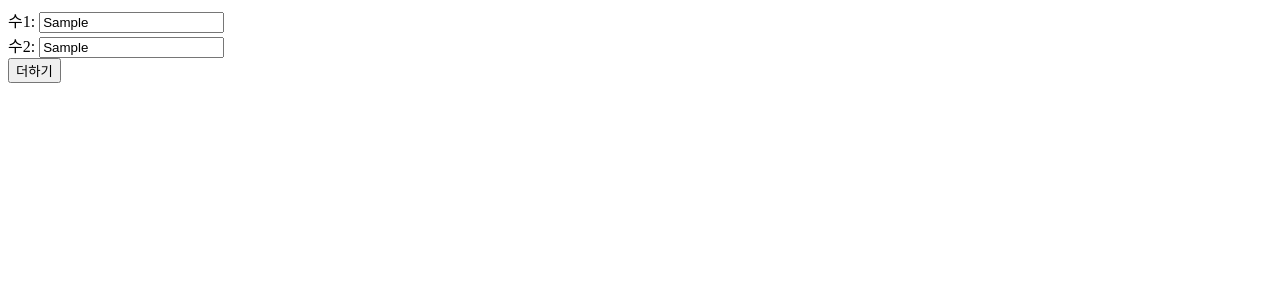
Repository: Jin0207/javaScript
Page: http://localhost/day1230/calcTest.jsp
An editor plug-in stored every save of this project. The page is shown before and after the next save, followed by the edit.
The browser window is 1280 px wide. The pictures show the whole page.
Empty fields were first filled with sample values (such as "Sample", 5 or name@example.com).
After loading, the first visible `button` was clicked once.
The page is served by Tomcat 9.

Above is the page before, as saved 2021-12-30 08:07:07.

After the next save:
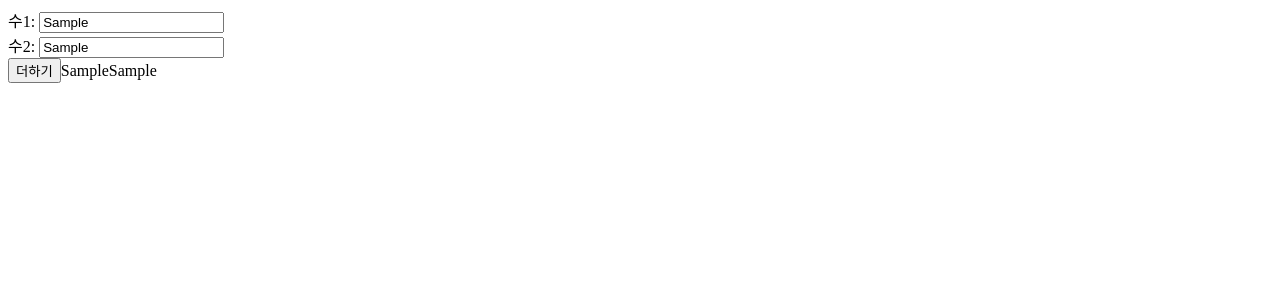
Saved 93 s later.
--- a/day1230/src/main/webapp/calcTest.jsp
+++ b/day1230/src/main/webapp/calcTest.jsp
@@ -10,6 +10,7 @@
 		let a = document.getElementById("num1").value;
 		let b = document.getElementById("num2").value;
 		let result = a+b;
+		document.getElementById("add").innerHTML=result;
 	}
 </script>
 
